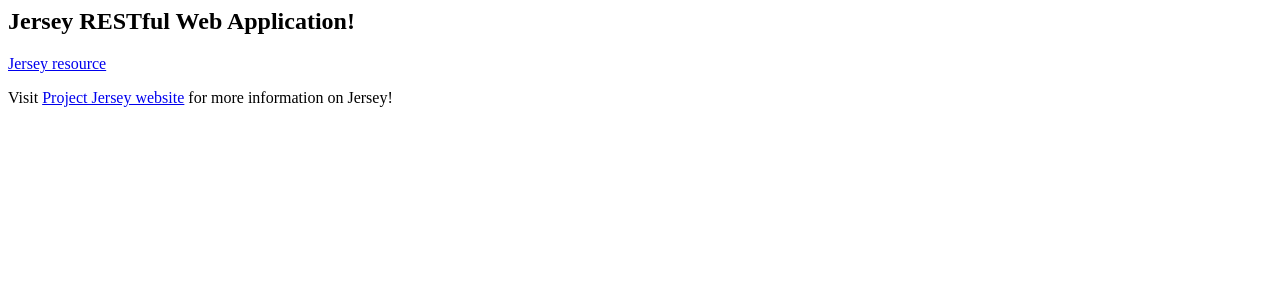
Repository: perknsn2/SeniorDesign
Page: http://localhost/vms/
An editor plug-in stored every save of this project. The page is shown before and after the next save, followed by the edit.
The browser window is 1280 px wide. The pictures show the whole page.
The page is served by Tomcat 9. Other server files are loaded and not shown.

Above is the page before, as saved 2016-04-19 22:34:59.

### WebService/vms/src/main/webapp/index.jsp
<html>
<body>
    <h2>Jersey RESTful Web Application!</h2>
    <p><a href="/vms/">Jersey resource</a>
    <p>Visit <a href="http://jersey.java.net">Project Jersey website</a>
    for more information on Jersey!
</body>
</html>

After the next save:
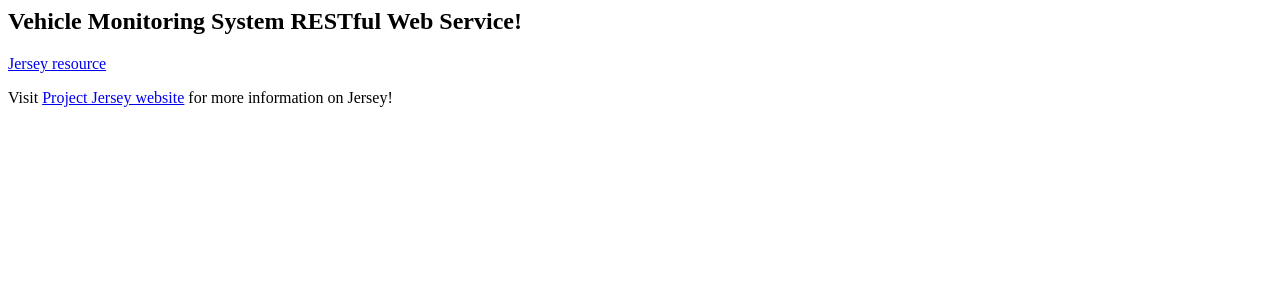
Saved 13 min 40 s later.
--- a/WebService/vms/src/main/webapp/index.jsp
+++ b/WebService/vms/src/main/webapp/index.jsp
@@ -1,7 +1,7 @@
 <html>
 <body>
-    <h2>Jersey RESTful Web Application!</h2>
-    <p><a href="/vms/">Jersey resource</a>
+    <h2>Vehicle Monitoring System RESTful Web Service!</h2>
+    <p><a href="/vms/data">Jersey resource</a>
     <p>Visit <a href="http://jersey.java.net">Project Jersey website</a>
     for more information on Jersey!
 </body>
